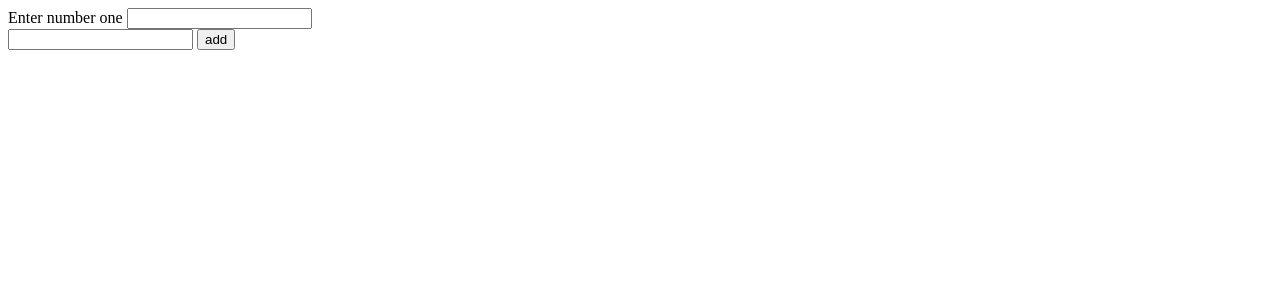
Repository: pauljinn/Java-Course
Page: http://localhost/SpringMVC/
These files come from the project's save history. The page is drawn as it stood at one moment and after the next save; the edit follows.
The browser window is 1280 px wide. The pictures show the whole page.
The page is served by Tomcat 10. Other server files are loaded and not shown.

Above is the page before, as saved 2025-02-27 23:10:39.

### SpringMVC/src/main/webapp/index.jsp
<%@ page language="java" contentType="text/html; charset=UTF-8"
	pageEncoding="UTF-8"%>
<!DOCTYPE html>
<html>
<head>
<meta charset="UTF-8">
<title>Insert title here</title>
</head>
<body>
	<form action="add">
		<label for="numOne">Enter number one</label>
		<input type="number" name="numOne" /> <br /> <input type="number"
			name="numTwo" /> <input type="submit" value="add" />
	</form>
</body>
</html>

After the next save:
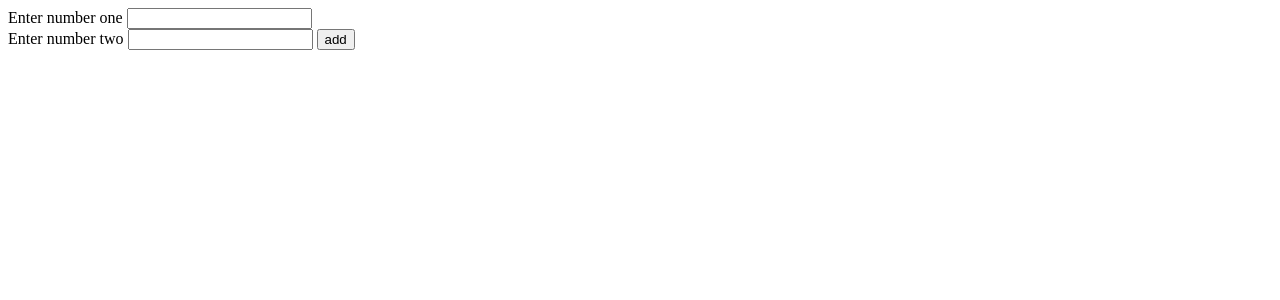
Saved 14 s later.
--- a/SpringMVC/src/main/webapp/index.jsp
+++ b/SpringMVC/src/main/webapp/index.jsp
@@ -9,7 +9,9 @@
 <body>
 	<form action="add">
 		<label for="numOne">Enter number one</label>
-		<input type="number" name="numOne" /> <br /> <input type="number"
+		<input type="number" name="numOne" /> <br />
+		<label for="numTwo">Enter number two</label>
+		<input type="number"
 			name="numTwo" /> <input type="submit" value="add" />
 	</form>
 </body>
